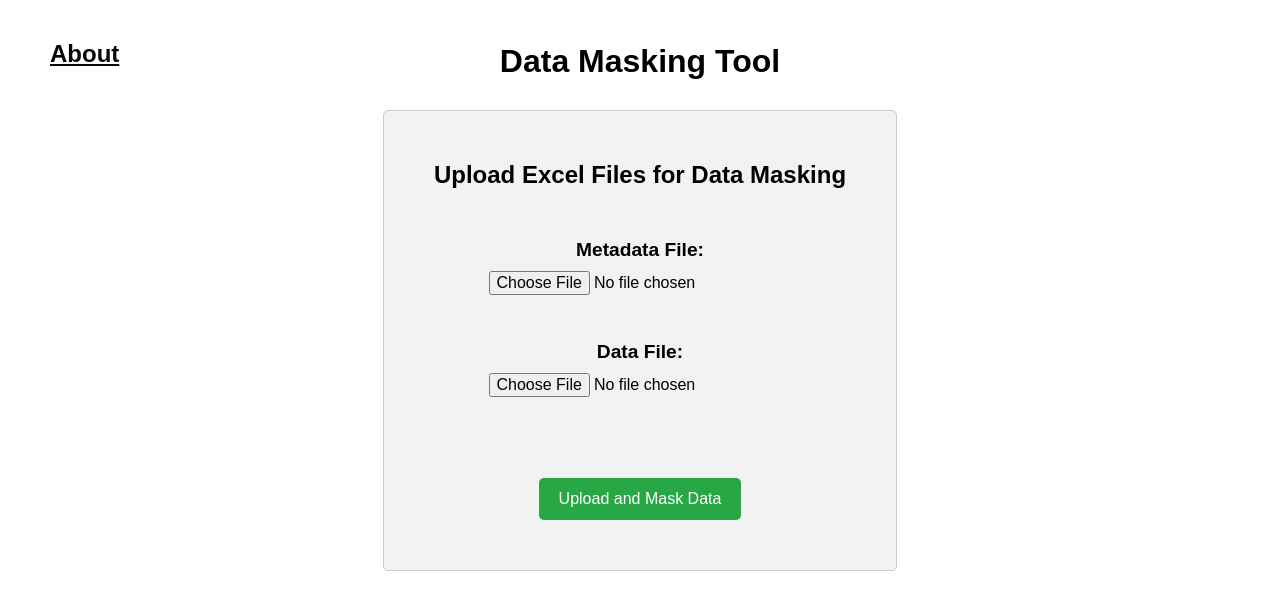
Repository: prithika12/DataMasking_Tool
Page: index.html
These files come from the project's save history. The page is drawn as it stood at one moment and after the next save; the edit follows.
The browser window is 1280 px wide. The pictures show the whole page.

Above is the page before, as saved 2024-07-21 19:13:11.

### index.html
<!DOCTYPE html>
<html>
<head>
    <title>Data Masking Tool</title>
    <link rel="stylesheet" type="text/css" href="styles.css">
</head>
<body>
    <h1>Data Masking Tool</h1>
    <div class="container">
        <h2>Upload Excel Files for Data Masking</h2>
        <form action="/uploader" method="post" enctype="multipart/form-data">
            <label for="metadata_file">Metadata File:</label>
            <input type="file" name="file1" accept=".xlsx" required>
            <br><br>
            <label for="data_file">Data File:</label>
            <input type="file" name="file2" accept=".xlsx" required>
            <br><br>
            <button type="submit">Upload and Mask Data</button>
        </form>
    </div>
    <div class="about-link">
        <a href="https://github.com/prithika12/DataMasking_Tool/blob/main/README.md" target="_blank">About</a>
    </div>
</body>
</html>

### styles.css
/* styles.css */
body {
    font-family: Arial, sans-serif;
    display: flex;
    flex-direction: column; /* Align items in a column */
    justify-content: center; /* Center vertically */
    align-items: center; /* Center horizontally */
    height: 80vh; /* Full viewport height */
}
.container {
    max-width: 600px;
    padding: 30px 50px;
    background-color: #f2f2f2;
    border: 1px solid #ccc;
    border-radius: 5px;
    text-align: center; /* Center text inside container */
}
h1 {
    text-align: center; /* Center text */
    margin-bottom: 30px;
}
h2 {
    text-align: center;
    margin-bottom: 50px;
}

label {
    font-size: larger;
    font-weight: 600;
}

input[type="file"] {
    display: block;
    font-size: medium;
    margin: 10px auto;
    margin-top: 10px;
}
button {
    display: block;
    margin: 20px auto;
    font-size: medium;
    margin-top: 35px;
    padding: 12px 20px;
    background-color: #28a745;
    color: white;
    border: none;
    border-radius: 5px;
    cursor: pointer;
}
button:hover {
    background-color: #218838;
}
.about-link {
    position: absolute;
    top: 20px;
    left: 20px;
    padding: 20px 30px;
}
.about-link a {
    color: #070708;
    font-size: x-large;
    font-weight: bold;
    text-decoration: underline;
}

After the next save:
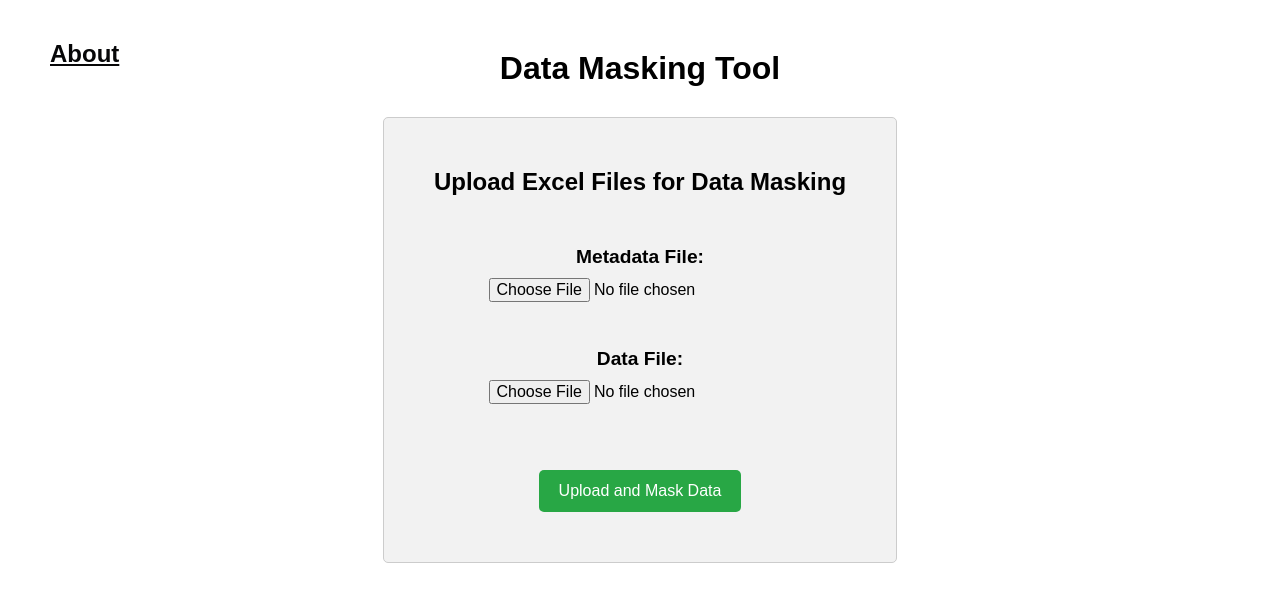
Saved 35 s later.
--- a/styles.css
+++ b/styles.css
@@ -39,7 +39,7 @@ button {
     display: block;
     margin: 20px auto;
     font-size: medium;
-    margin-top: 35px;
+    margin-top: 20px;
     padding: 12px 20px;
     background-color: #28a745;
     color: white;
